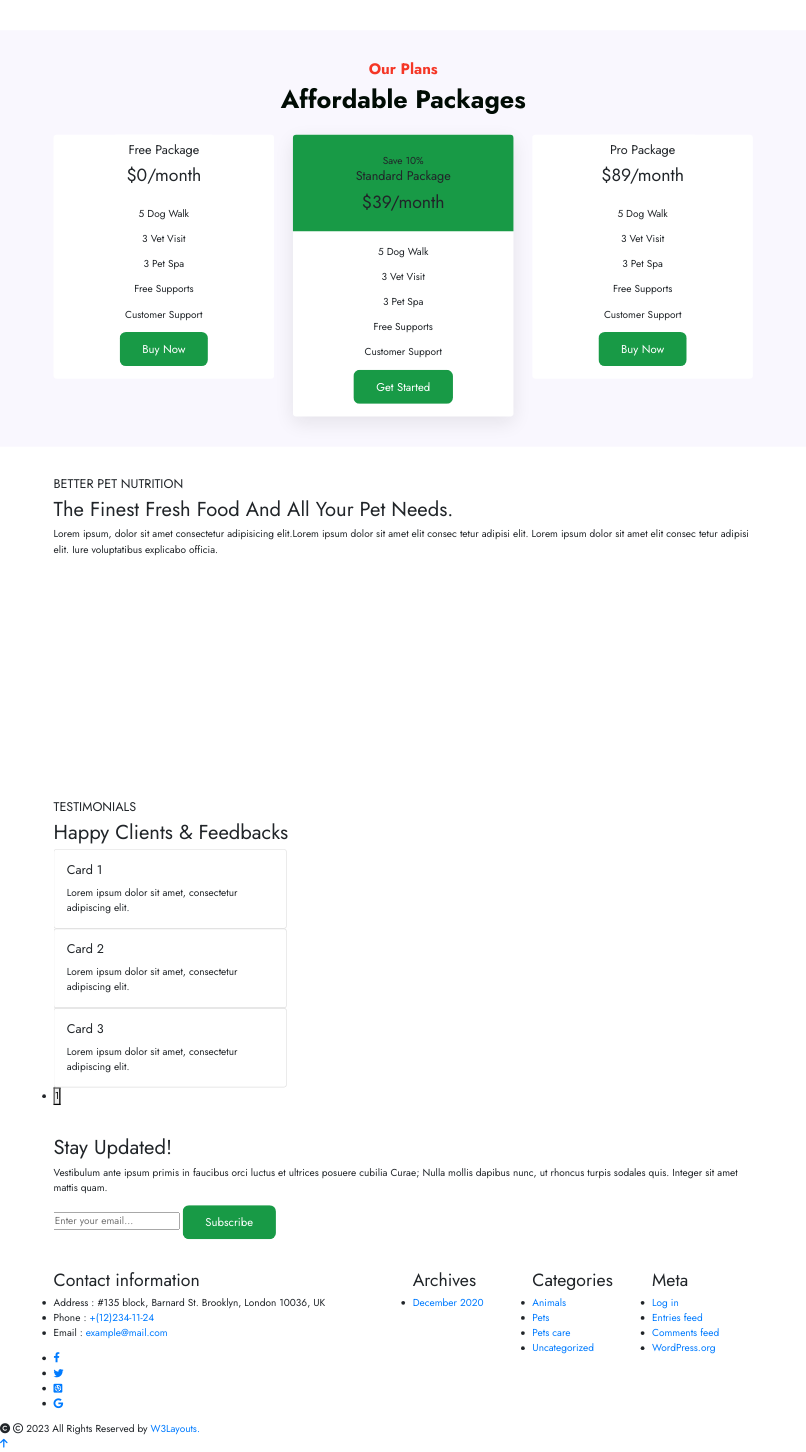
Repository: thanhfrankie/poochcare
Page: index.html
An editor plug-in stored every save of this project. The page is shown before and after the next save, followed by the edit.
The browser window is 1280 px wide. The pictures show the whole page, at 63% of full size.
Pictures or frames that could not be fetched are drawn as grey boxes.

Above is the page before, as saved 2023-12-20 22:23:15.

### index.html
<!DOCTYPE html>
<html lang="en">
  <head>
    <title>Pooch Care</title>
    <!-- Required meta tags -->
    <meta charset="utf-8" />
    <meta
      name="viewport"
      content="width=device-width, initial-scale=1, shrink-to-fit=no"
    />
    <!-- FONT AWESOME -->
    <link
      rel="stylesheet"
      href="https://cdnjs.cloudflare.com/ajax/libs/font-awesome/6.4.2/css/all.min.css"
      integrity="sha512-z3gLpd7yknf1YoNbCzqRKc4qyor8gaKU1qmn+CShxbuBusANI9QpRohGBreCFkKxLhei6S9CQXFEbbKuqLg0DA=="
      crossorigin="anonymous"
      referrerpolicy="no-referrer"
    />
    <!-- Bootstrap CSS -->
    <link
      rel="stylesheet"
      href="https://stackpath.bootstrapcdn.com/bootstrap/4.3.1/css/bootstrap.min.css"
      integrity="sha384-ggOyR0iXCbMQv3Xipma34MD+dH/1fQ784/j6cY/iJTQUOhcWr7x9JvoRxT2MZw1T"
      crossorigin="anonymous"
    />
    <!-- Font Jost -->
    <link rel="preconnect" href="https://fonts.googleapis.com" />
    <link rel="preconnect" href="https://fonts.gstatic.com" crossorigin />
    <link
      href="https://fonts.googleapis.com/css2?family=Jost:wght@300;400;700&display=swap"
      rel="stylesheet"
    />
    <!-- Pricing CSS -->
    <link rel="stylesheet" href="./css/pricing.css" />
    <!-- pet food CSS (em đặt tên nutrition hay pet-nutrition hay pet__nutrition nó không cho đặt vậy ạ) -->
    <link rel="stylesheet" href="./css/petfood.css" />
    <!-- Testimonials CSS -->
    <link rel="stylesheet" href="./css/testimonials.css" />
    <!-- Subscribe CSS -->
    <link rel="stylesheet" href="./css/subscribe.css" />
    <!-- footer CSS -->
    <link rel="stylesheet" href="./css/footer.css" />
    <!-- Main CSS -->
    <link rel="stylesheet" href="./css/style.css" />
  </head>
  <body>
    <!-- Pricing -->
    <section class="pricing" id="pricing">
      <div class="container mt-5 py-5">
        <div class="title">
          <h4>Our Plans</h4>
          <h2>Affordable Packages</h2>
        </div>
        <div class="row mt-6 ">
          <!-- Pricing Card 1 -->
          <div class="col-lg-4">
            <div class="card">
              <div class="card-header">
                <h5 class="card-title">Free Package</h5>
                <h3 class="card-text">$0/month</h3>
              </div>
              <div class="card-body">
                <p class="card-text">5 Dog Walk</p>
                <p class="card-text">3 Vet Visit</p>
                <p class="card-text">3 Pet Spa</p>
                <p class="card-text">Free Supports</p>
                <p class="card-text">Customer Support</p>
                <a href="#" class="btn btn-buy">Buy Now</a>
              </div>
            </div>
          </div>

          <!-- Pricing Card 2 -->
          <div class="col-lg-4">
            <div class="card card2">
              <div class="card-header">
                <div class="card-save">Save 10%</div>
                <h5 class="card-title">Standard Package</h5>
                <h3 class="card-text">$39/month</h3>
              </div>
              <div class="card-body">
                <p class="card-text">5 Dog Walk</p>
                <p class="card-text">3 Vet Visit</p>
                <p class="card-text">3 Pet Spa</p>
                <p class="card-text">Free Supports</p>
                <p class="card-text">Customer Support</p>
                <a href="#" class="btn btn-buy">Get Started</a>
              </div>
            </div>
          </div>

          <!-- Pricing Card 3 -->
          <div class="col-lg-4">
            <div class="card">
              <div class="card-header">
                <h5 class="card-title">Pro Package</h5>
                <h3 class="card-text">$89/month</h3>
              </div>
              <div class="card-body">
                <p class="card-text">5 Dog Walk</p>
                <p class="card-text">3 Vet Visit</p>
                <p class="card-text">3 Pet Spa</p>
                <p class="card-text">Free Supports</p>
                <p class="card-text">Customer Support</p>
                <a href="#" class="btn btn-buy">Buy Now</a>
              </div>
            </div>
          </div>
        </div>
      </div>
    </section>
    <!-- PET NUTRITION -->
    <section class="nutrition">
      <div class="container mt-5">
        <h5>BETTER PET NUTRITION</h5>
        <h2>The Finest Fresh Food And All Your Pet Needs.</h2>
        <p>
          Lorem ipsum, dolor sit amet consectetur adipisicing elit.Lorem ipsum
          dolor sit amet elit consec tetur adipisi elit. Lorem ipsum dolor sit
          amet elit consec tetur adipisi elit. Iure voluptatibus explicabo
          officia.
        </p>
        <iframe
          width="560"
          height="315"
          src="https://www.youtube.com/embed/JXUTJNv4j6A?si=1nzgvqwKbkVzJ4BS"
          title="YouTube video player"
          frameborder="0"
          allow="accelerometer; autoplay; clipboard-write; encrypted-media; gyroscope; picture-in-picture; web-share"
          allowfullscreen
        ></iframe>
      </div>
    </section>
    <!-- TESTIMONIALS -->
    <section class="testimonial">
      <div class="container mt-5">
        <h5>TESTIMONIALS</h5>
        <h2>Happy Clients & Feedbacks</h2>
        <div class="slick-carousel">
          <!-- Slick Carousel Item 1 -->
          <div class="card">
            <div class="card-body">
              <h5 class="card-title">Card 1</h5>
              <p class="card-text">
                Lorem ipsum dolor sit amet, consectetur adipiscing elit.
              </p>
            </div>
          </div>

          <!-- Slick Carousel Item 2 -->
          <div class="card">
            <div class="card-body">
              <h5 class="card-title">Card 2</h5>
              <p class="card-text">
                Lorem ipsum dolor sit amet, consectetur adipiscing elit.
              </p>
            </div>
          </div>

          <!-- Slick Carousel Item 3 -->
          <div class="card">
            <div class="card-body">
              <h5 class="card-title">Card 3</h5>
              <p class="card-text">
                Lorem ipsum dolor sit amet, consectetur adipiscing elit.
              </p>
            </div>
          </div>
        </div>
      </div>
    </section>
    <!-- Subscribe -->
    <section class="subscribe">
      <div class="container mt-5">
        <h2>Stay Updated!</h2>
        <p>
          Vestibulum ante ipsum primis in faucibus orci luctus et ultrices
          posuere cubilia Curae; Nulla mollis dapibus nunc, ut rhoncus turpis
          sodales quis. Integer sit amet mattis quam.
        </p>
        <input
          type="email"
          name=""
          id="subscribe"
          placeholder="Enter your email..."
        />
        <button class="btn">Subscribe</button>
      </div>
    </section>
    <footer>
      <div class="container mt-5">
        <div class="row">
          <div class="col-lg-6">
            <h3>Contact information</h3>
            <ul class="footer__contact">
              <li>
                Address : #135 block, Barnard St. Brooklyn, London 10036, UK
              </li>
              <li>
                Phone :
                <span>
                  <a href="#">+(12)234-11-24</a>
                </span>
              </li>
              <li>
                Email :
                <span>
                  <a href="#">example@mail.com</a>
                </span>
              </li>
            </ul>
            <ul class="footer__social">
              <li>
                <a href="https://www.facebook.com/w3layouts/">
                  <i class="fa-brands fa-facebook-f"></i
                ></a>
              </li>
              <li>
                <a href="https://twitter.com/W3layouts"
                  ><i class="fa-brands fa-twitter"></i
                ></a>
              </li>
              <li>
                <a href="https://dribbble.com/w3layouts"
                  ><i class="fa-brands fa-square-dribbble"></i
                ></a>
              </li>
              <li>
                <a href="https://myaccount.google.com/intro/profile"
                  ><i class="fa-brands fa-google"></i
                ></a>
              </li>
            </ul>
          </div>
          <div class="col-lg-6">
            <div class="row">
              <div class="col-sm-4">
                <h3>Archives</h3>
                <ul>
                  <li>
                    <a href="#"> December 2020 </a>
                  </li>
                </ul>
              </div>
              <div class="col-sm-4">
                <h3>Categories</h3>
                <ul>
                  <li>
                    <a href="#"> Animals </a>
                  </li>
                  <li>
                    <a href="#"> Pets </a>
                  </li>
                  <li>
                    <a href="#"> Pets care </a>
                  </li>
                  <li>
                    <a href="#"> Uncategorized </a>
                  </li>
                </ul>
              </div>
              <div class="col-sm-4">
                <h3>Meta</h3>
                <ul>
                  <li>
                    <a href="#"> Log in </a>
                  </li>
                  <li>
                    <a href="#"> Entries feed </a>
                  </li>
                  <li>
                    <a href="#"> Comments feed </a>
                  </li>
                  <li>
                    <a href="#"> WordPress.org </a>
                  </li>
                </ul>
              </div>
            </div>
          </div>
        </div>
      </div>
      <div class="copyright">
        <i class="fa fa-copyright" aria-hidden="true"></i>
        <i class="fa-regular fa-copyright"></i>
        <span
          >2023 All Rights Reserved by
          <a href="https://w3layouts.com/">W3Layouts.</a></span
        >
      </div>
    </footer>
    <a href="#" class="backToTop cd-top text-replace js-cd-top">
      <i class="fa fa-arrow-up"></i>
    </a>
    <!-- Optional JavaScript -->
    <!-- jQuery first, then Popper.js, then Bootstrap JS -->
    <script
      src="https://code.jquery.com/jquery-3.3.1.slim.min.js"
      integrity="sha384-q8i/X+965DzO0rT7abK41JStQIAqVgRVzpbzo5smXKp4YfRvH+8abtTE1Pi6jizo"
      crossorigin="anonymous"
    ></script>
    <script
      src="https://cdnjs.cloudflare.com/ajax/libs/popper.js/1.14.7/umd/popper.min.js"
      integrity="sha384-UO2eT0CpHqdSJQ6hJty5KVphtPhzWj9WO1clHTMGa3JDZwrnQq4sF86dIHNDz0W1"
      crossorigin="anonymous"
    ></script>
    <script
      src="https://stackpath.bootstrapcdn.com/bootstrap/4.3.1/js/bootstrap.min.js"
      integrity="sha384-JjSmVgyd0p3pXB1rRibZUAYoIIy6OrQ6VrjIEaFf/nJGzIxFDsf4x0xIM+B07jRM"
      crossorigin="anonymous"
    ></script>
    <!-- slick carousel  -->
    <script
      src="https://cdnjs.cloudflare.com/ajax/libs/slick-carousel/1.8.1/slick.min.js"
      integrity="sha512-XtmMtDEcNz2j7ekrtHvOVR4iwwaD6o/FUJe6+Zq+HgcCsk3kj4uSQQR8weQ2QVj1o0Pk6PwYLohm206ZzNfubg=="
      crossorigin="anonymous"
      referrerpolicy="no-referrer"
    ></script>
    <script>
      // Initialize Slick Carousel
      $(".slick-carousel").slick({
        slidesToShow: 3,
        slidesToScroll: 1,
        dots: true,
        prevArrow: '<button type="button" class="slick-prev">&#9665;</button>',
        nextArrow: '<button type="button" class="slick-next">&#9655;</button>',
        responsive: [
          {
            breakpoint: 768,
            settings: {
              slidesToShow: 2,
            },
          },
          {
            breakpoint: 576,
            settings: {
              slidesToShow: 1,
            },
          },
        ],
      });
    </script>
  </body>
</html>

### css/pricing.css
.pricing {
  background-color: #f9f7fe;
}
.pricing .container {
  width: 100%;
}
.pricing .container .title {
  display: flex;
  justify-content: center;
  align-items: center;
  flex-direction: column;
  padding-bottom: 25px;
}
.pricing .container .title h4 {
  color: #f53626;
  font-weight: 550;
}
.pricing .title h2 {
  font-size: 40px;
  font-weight: 600;
  line-height: 48px;
  text-transform: capitalize;
  color: #000c04;
}
.pricing .container .row {
  /* border: 1px solid blue; */
}
.pricing .container .row .card {
  display: flex;
  justify-content: center;
  align-items: center;
  flex-direction: column;
  text-align: center;
  background-color: #ffffff;
  border-radius: 5px;
  border: none;
}
.pricing .container .row .card .card-header {
    background-color: white;
    border:  none;
}
.pricing .container .row .card2 {
  box-shadow: 0 10px 30px 0 rgba(17, 17, 17, 0.09);
  z-index: 1;
}
.pricing .container .row .card2 .card-header {
  width: 100%;
  padding: 30px 0;
  background-color: #189a46;
  border-top-right-radius: 5px;
  border-top-left-radius: 5px;
  line-height: 1.5;
}
/* .pricing .container .row .card2 .card-header::before {
    content: "";
    width: 100%;
    height: 150px;
    position: absolute;
    top: 0;
    left: 0;
    background-color: #189a46;
    transform: translateY(-50%);
    z-index: -1;
    margin-top: 50px;
} */
.btn-buy,.btn {
    background-color: #189a46;
    padding: 12px 35px;
    font-size: 18px;
    line-height: 28px;
    text-transform: capitalize;
    font-weight: 400;
    color: white;
    border-radius: 10px;
}
.btn:hover {
    color: #fff;
    background-color: #116E32;
    border-color: #116E32;
}
.pricing .container .row .card2 .btn-buy:hover{
    background-color: #189a46;
    border-color: #189a46;
}

### css/testimonials.css
TESTIMONIALS

### css/style.css
/* Global */
* {
  padding: 0;
  margin: 0;
  box-sizing: border-box;
}
html,
body {
  font-family: "Jost", sans-serif;
}

Loaded but not shown: css/footer.css (no copy from this time; the picture is the same without it); css/petfood.css (no copy from this time; the picture is the same without it); css/subscribe.css (no copy from this time; the picture is the same without it)

After the next save:
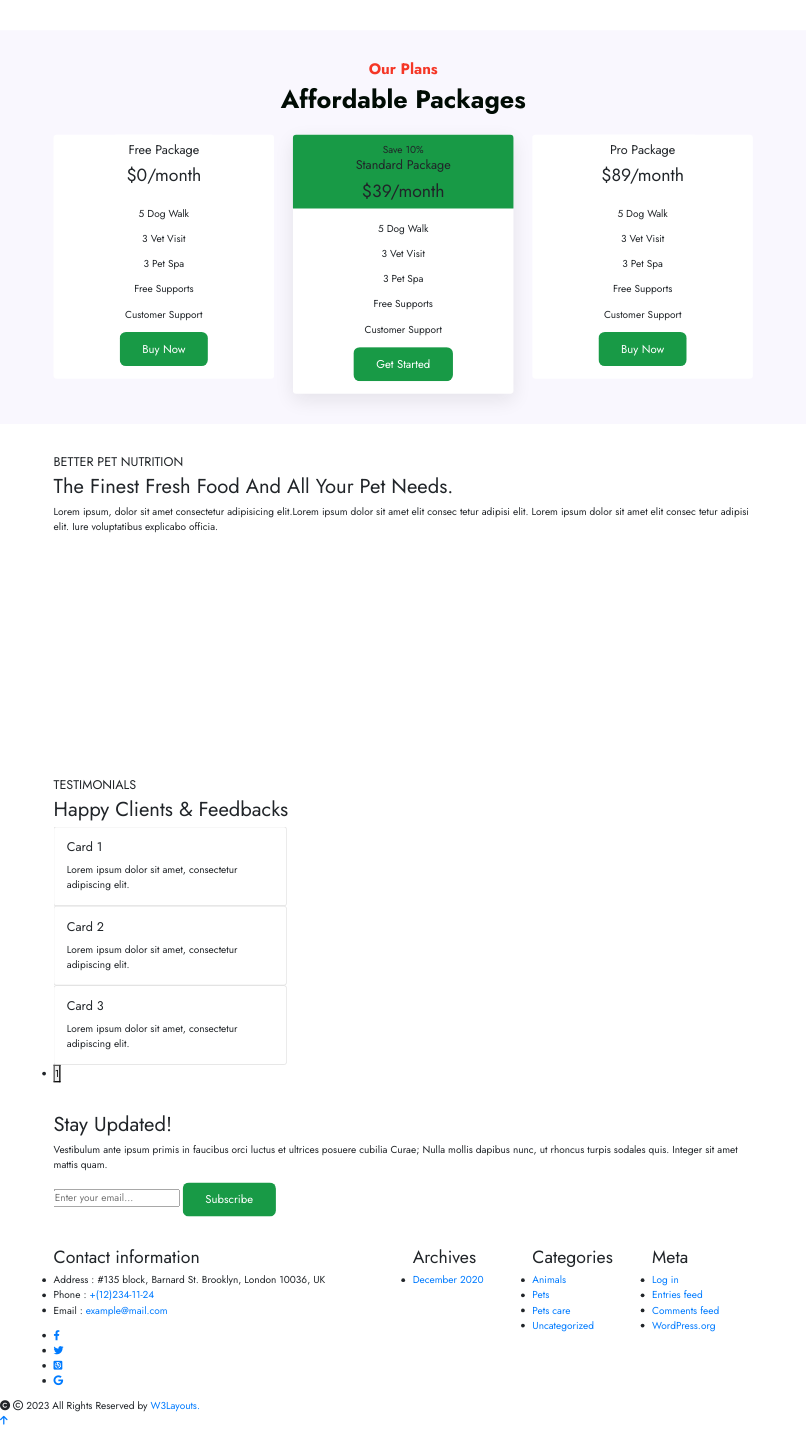
Saved 2 min 21 s later.
--- a/css/pricing.css
+++ b/css/pricing.css
@@ -45,7 +45,6 @@
 }
 .pricing .container .row .card2 .card-header {
   width: 100%;
-  padding: 30px 0;
   background-color: #189a46;
   border-top-right-radius: 5px;
   border-top-left-radius: 5px;
